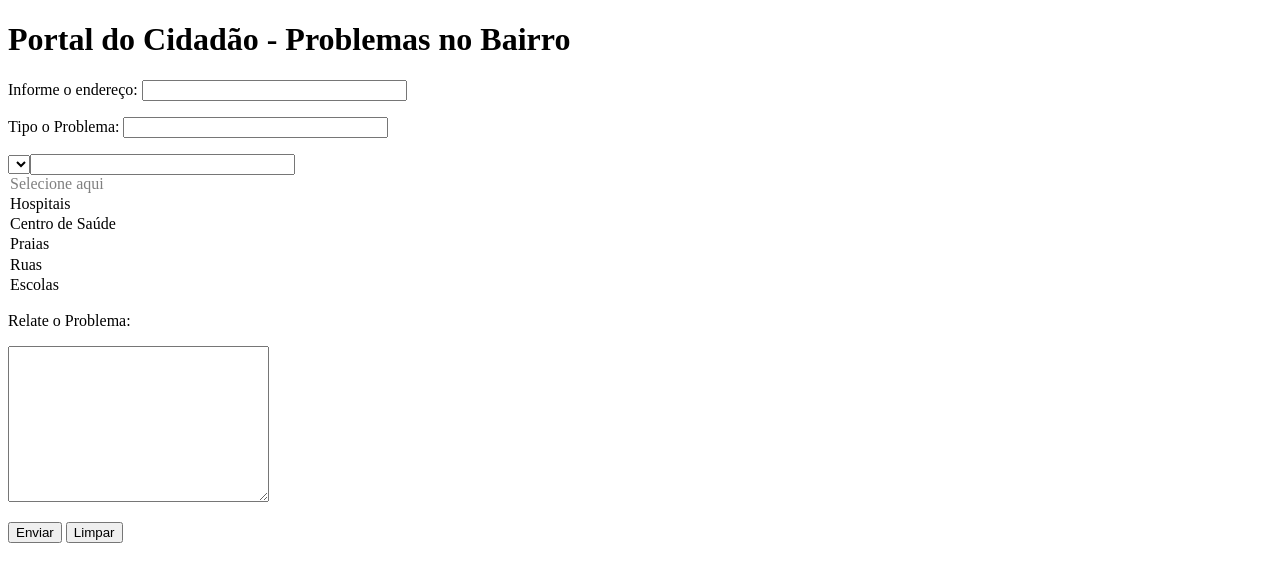
Repository: Marcelinalima/Java_JSP
Page: formulario_ex/src/main/webapp/reclamacoes.html
An editor plug-in stored every save of this project. The page is shown before and after the next save, followed by the edit.
The browser window is 1280 px wide. The pictures show the whole page.

Above is the page before, as saved 2023-04-17 14:45:04.

### formulario_ex/src/main/webapp/reclamacoes.html
<!DOCTYPE html>
<html>
<head>
<meta charset="UTF-8">
<title>Portal Cidadão</title>
</head>
<body>
    <h1>Portal do Cidadão - Problemas no Bairro</h1>

    <form action="/Formulario_ex/ReclamacoesServelet" method="post"></form>

      <p>Informe o endereço: <input type="text" name="p_nome" size="30" /></p>


		<p>Tipo o Problema: <input type="text" name="p_nome" size="30" /></p>
		<select><input type="text" name="p_nome" size="30" />
		<option selected="selected" disabled>Selecione aqui</option>
		<option value="hospitais"> Hospitais</option>
		<option value="centro de saude">Centro de Saúde</option>
		<option value="praias">Praias</option>
		<option value="ruas">Ruas</option>
		<option value="escolas">Escolas</option>
	    </select>

		<p>Relate o Problema:</p>
		 <textarea name="message" rows="10" cols="30">
		 </textarea>


		<p>
			<input type="submit" value="Enviar" />
			<input type="reset" value="Limpar" />
		</p>





		</select>

</body>
</html>

After the next save:
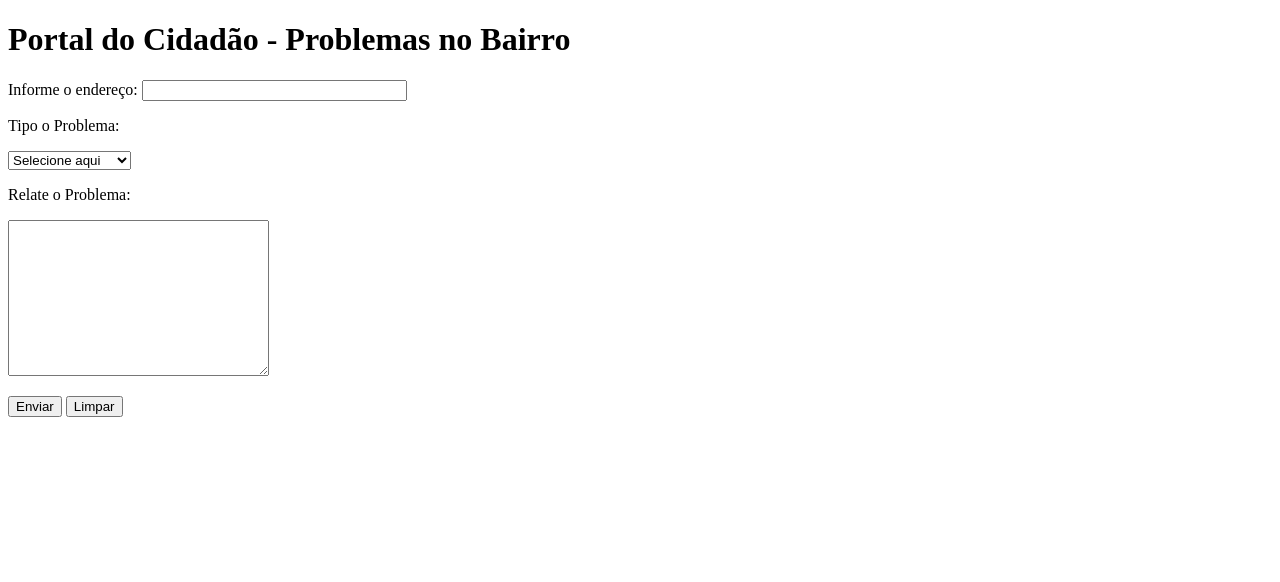
Saved 50 s later.
--- a/formulario_ex/src/main/webapp/reclamacoes.html
+++ b/formulario_ex/src/main/webapp/reclamacoes.html
@@ -12,8 +12,8 @@
       <p>Informe o endereço: <input type="text" name="p_nome" size="30" /></p>
 
 
-		<p>Tipo o Problema: <input type="text" name="p_nome" size="30" /></p>
-		<select><input type="text" name="p_nome" size="30" />
+		<p>Tipo o Problema: </p>
+		<select name="Tipo de problema">
 		<option selected="selected" disabled>Selecione aqui</option>
 		<option value="hospitais"> Hospitais</option>
 		<option value="centro de saude">Centro de Saúde</option>
